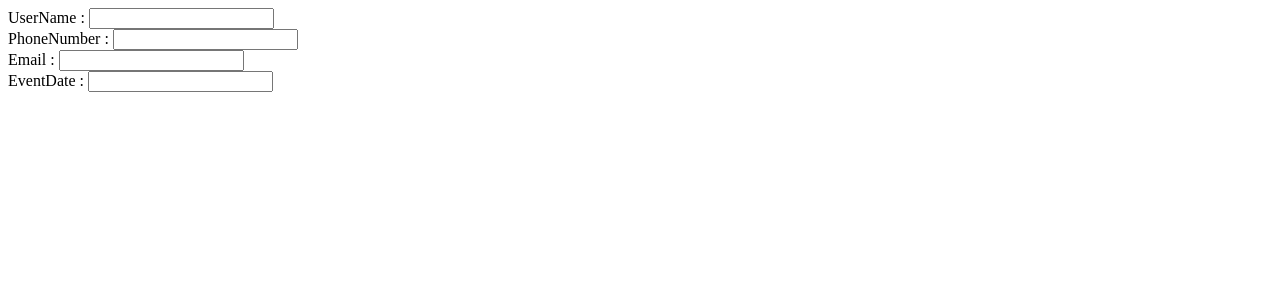
Repository: manikantakuchipudi/streamvedio
Page: http://localhost/CostEstimator/jsp/checkoutpage.jsp
These files come from the project's save history. The page is drawn as it stood at one moment and after a run of saves; the edit follows.
The browser window is 1280 px wide. The pictures show the whole page.
The page is served by Tomcat 9. Other server files are loaded and not shown.

Above is the page before, as saved 2014-08-10 10:11:46.

### CostEstimator/WebContent/jsp/checkoutpage.jsp
<%@ page language="java" contentType="text/html; charset=ISO-8859-1"
    pageEncoding="ISO-8859-1"%>
<!DOCTYPE html PUBLIC "-//W3C//DTD HTML 4.01 Transitional//EN" "http://www.w3.org/TR/html4/loose.dtd">
<html>
<head>
<meta http-equiv="Content-Type" content="text/html; charset=ISO-8859-1">
<title>Insert title here</title>
</head>
<body>


<form>

<div>

<span> UserName :</span>
<input type ="text">
</div>

<div>

<span> PhoneNumber :</span>
<input type ="text">
</div>


<div>

<span> Email :</span>
<input type ="text">
</div>


<div>
<span> EventDate :</span>
<input type ="text">
</div>




</form>

</body>
</html>

### CostEstimator/WebContent/jsp/header.jsp
<%@ page language="java" contentType="text/html; charset=ISO-8859-1"
    pageEncoding="ISO-8859-1"%>
<!DOCTYPE html PUBLIC "-//W3C//DTD HTML 4.01 Transitional//EN" "http://www.w3.org/TR/html4/loose.dtd">
<html>
<head>
<meta http-equiv="Content-Type" content="text/html; charset=ISO-8859-1">
<title>Insert title here</title>
</head>
<body>
<div>

header content adding
</div>
</body>
</html>

### CostEstimator/WebContent/jsp/footer.jsp
<%@ page language="java" contentType="text/html; charset=ISO-8859-1"
    pageEncoding="ISO-8859-1"%>
<!DOCTYPE html PUBLIC "-//W3C//DTD HTML 4.01 Transitional//EN" "http://www.w3.org/TR/html4/loose.dtd">
<html>
<head>
<meta http-equiv="Content-Type" content="text/html; charset=ISO-8859-1">
<title>Insert title here</title>
</head>
<body>
<div>

footer content adding
</div>
</body>
</html>

After the next 2 saves:
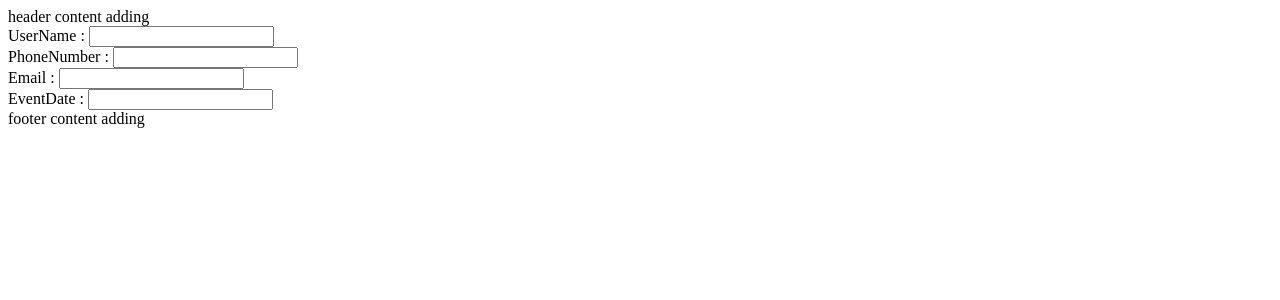
The 2 saves are shown as one change because they came seconds apart.
The last was saved 66 s later.
--- a/CostEstimator/WebContent/jsp/checkoutpage.jsp
+++ b/CostEstimator/WebContent/jsp/checkoutpage.jsp
@@ -1,6 +1,8 @@
 <%@ page language="java" contentType="text/html; charset=ISO-8859-1"
     pageEncoding="ISO-8859-1"%>
 <!DOCTYPE html PUBLIC "-//W3C//DTD HTML 4.01 Transitional//EN" "http://www.w3.org/TR/html4/loose.dtd">
+<jsp:include page="header.jsp"></jsp:include>
+
 <html>
 <head>
 <meta http-equiv="Content-Type" content="text/html; charset=ISO-8859-1">
@@ -12,34 +14,22 @@
 <form>
 
 <div>
-
 <span> UserName :</span>
 <input type ="text">
 </div>
-
 <div>
-
 <span> PhoneNumber :</span>
 <input type ="text">
 </div>
-
-
 <div>
-
 <span> Email :</span>
 <input type ="text">
 </div>
-
-
 <div>
 <span> EventDate :</span>
 <input type ="text">
 </div>
-
-
-
-
 </form>
-
 </body>
 </html>
+<jsp:include page="footer.jsp"></jsp:include>
